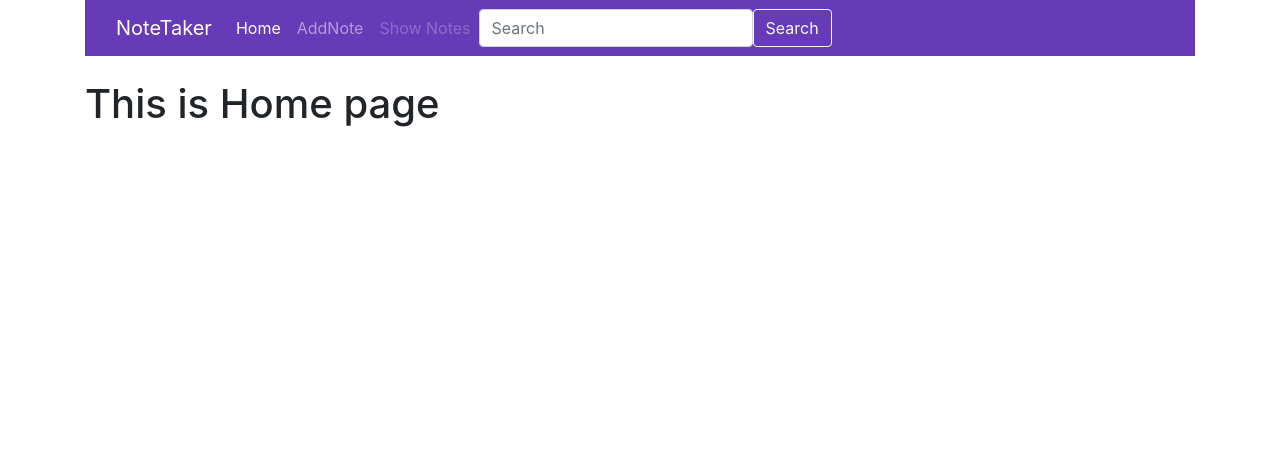
Repository: Mayank-SDE/Projects
Page: http://localhost/NoteTakerTodoApp/
These files come from the project's save history. The page is drawn as it stood at one moment and after the next save; the edit follows.
The browser window is 1280 px wide. The pictures show the whole page.
Some web libraries are served in a nearby version. The page is served by Tomcat 9. Other server files are loaded and not shown.

Above is the page before, as saved 2022-02-10 15:43:48.

### NoteTaker/NoteTakerTodoApp/src/main/webapp/index.jsp
<!doctype html>
<html lang="en">
  <head>
    <!-- Required meta tags -->
    <meta charset="utf-8">
    <meta name="viewport" content="width=device-width, initial-scale=1, shrink-to-fit=no">

   <title>Note Taker : Home Page</title>
    <%@ include file="all_js_css.jsp"%>

  </head>
  <body>

   <div class="container">

   <%@ include file="navbar.jsp"%>
      <br>
     <h1>This is Home page</h1>

   </div>

  </body>
</html>

### NoteTaker/NoteTakerTodoApp/src/main/webapp/all_js_css.jsp
  <!-- Required meta tags -->
    <meta charset="utf-8">
    <meta name="viewport" content="width=device-width, initial-scale=1, shrink-to-fit=no">

    <!-- Bootstrap CSS -->
    <link rel="stylesheet" href="https://maxcdn.bootstrapcdn.com/bootstrap/4.0.0/css/bootstrap.min.css" integrity="sha384-Gn5384xqQ1aoWXA+058RXPxPg6fy4IWvTNh0E263XmFcJlSAwiGgFAW/dAiS6JXm" crossorigin="anonymous">

<link href="css/style.css" rel="stylesheet">
        <!-- Optional JavaScript -->
    <!-- jQuery first, then Popper.js, then Bootstrap JS -->
    <script src="https://code.jquery.com/jquery-3.2.1.slim.min.js" integrity="sha384-KJ3o2DKtIkvYIK3UENzmM7KCkRr/rE9/Qpg6aAZGJwFDMVNA/GpGFF93hXpG5KkN" crossorigin="anonymous"></script>
    <script src="https://cdnjs.cloudflare.com/ajax/libs/popper.js/1.12.9/umd/popper.min.js" integrity="sha384-ApNbgh9B+Y1QKtv3Rn7W3mgPxhU9K/ScQsAP7hUibX39j7fakFPskvXusvfa0b4Q" crossorigin="anonymous"></script>
    <script src="https://maxcdn.bootstrapcdn.com/bootstrap/4.0.0/js/bootstrap.min.js" integrity="sha384-JZR6Spejh4U02d8jOt6vLEHfe/JQGiRRSQQxSfFWpi1MquVdAyjUar5+76PVCmYl" crossorigin="anonymous"></script>

### NoteTaker/NoteTakerTodoApp/src/main/webapp/navbar.jsp
<nav class="navbar navbar-expand-lg navbar-dark  purple">
  <div class="container-fluid">
    <a class="navbar-brand" href="index.jsp">NoteTaker</a>
    <button class="navbar-toggler" type="button" data-bs-toggle="collapse" data-bs-target="#navbarSupportedContent" aria-controls="navbarSupportedContent" aria-expanded="false" aria-label="Toggle navigation">
      <span class="navbar-toggler-icon"></span>
    </button>
    <div class="collapse navbar-collapse" id="navbarSupportedContent">
      <ul class="navbar-nav me-auto mb-2 mb-lg-0">
        <li class="nav-item">
          <a class="nav-link active" aria-current="page" href="index.jsp">Home</a>
        </li>
        <li class="nav-item">
          <a class="nav-link" href="add_notes.jsp">AddNote</a>
        </li>

        <li class="nav-item">
          <a class="nav-link disabled" href="#" tabindex="-1" aria-disabled="true">Show Notes</a>
        </li>
      </ul>
      <form class="d-flex">
        <input class="form-control me-2" type="search" placeholder="Search" aria-label="Search">
        <button class="btn btn-outline-light" type="submit">Search</button>
      </form>
    </div>
  </div>
</nav>

### NoteTaker/NoteTakerTodoApp/src/main/webapp/css/style.css

.purple
{
	background:#673ab7;
}

After the next save:
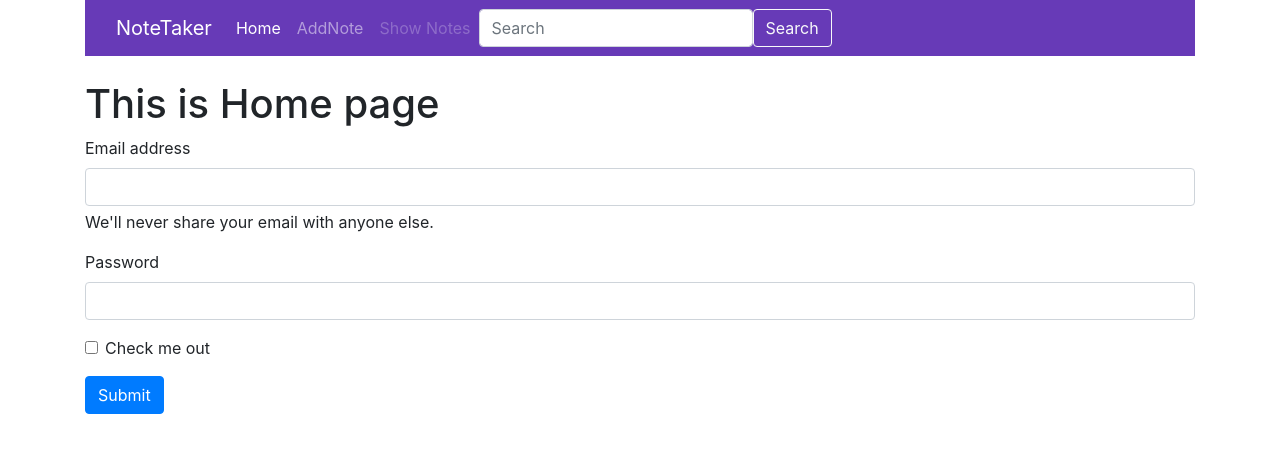
Saved 40 s later.
--- a/NoteTaker/NoteTakerTodoApp/src/main/webapp/index.jsp
+++ b/NoteTaker/NoteTakerTodoApp/src/main/webapp/index.jsp
@@ -16,7 +16,22 @@
    <%@ include file="navbar.jsp"%>
       <br>
      <h1>This is Home page</h1>
-
+  <form>
+  <div class="mb-3">
+    <label for="exampleInputEmail1" class="form-label">Email address</label>
+    <input type="email" class="form-control" id="exampleInputEmail1" aria-describedby="emailHelp">
+    <div id="emailHelp" class="form-text">We'll never share your email with anyone else.</div>
+  </div>
+  <div class="mb-3">
+    <label for="exampleInputPassword1" class="form-label">Password</label>
+    <input type="password" class="form-control" id="exampleInputPassword1">
+  </div>
+  <div class="mb-3 form-check">
+    <input type="checkbox" class="form-check-input" id="exampleCheck1">
+    <label class="form-check-label" for="exampleCheck1">Check me out</label>
+  </div>
+  <button type="submit" class="btn btn-primary">Submit</button>
+</form>
    </div>
 
   </body>
